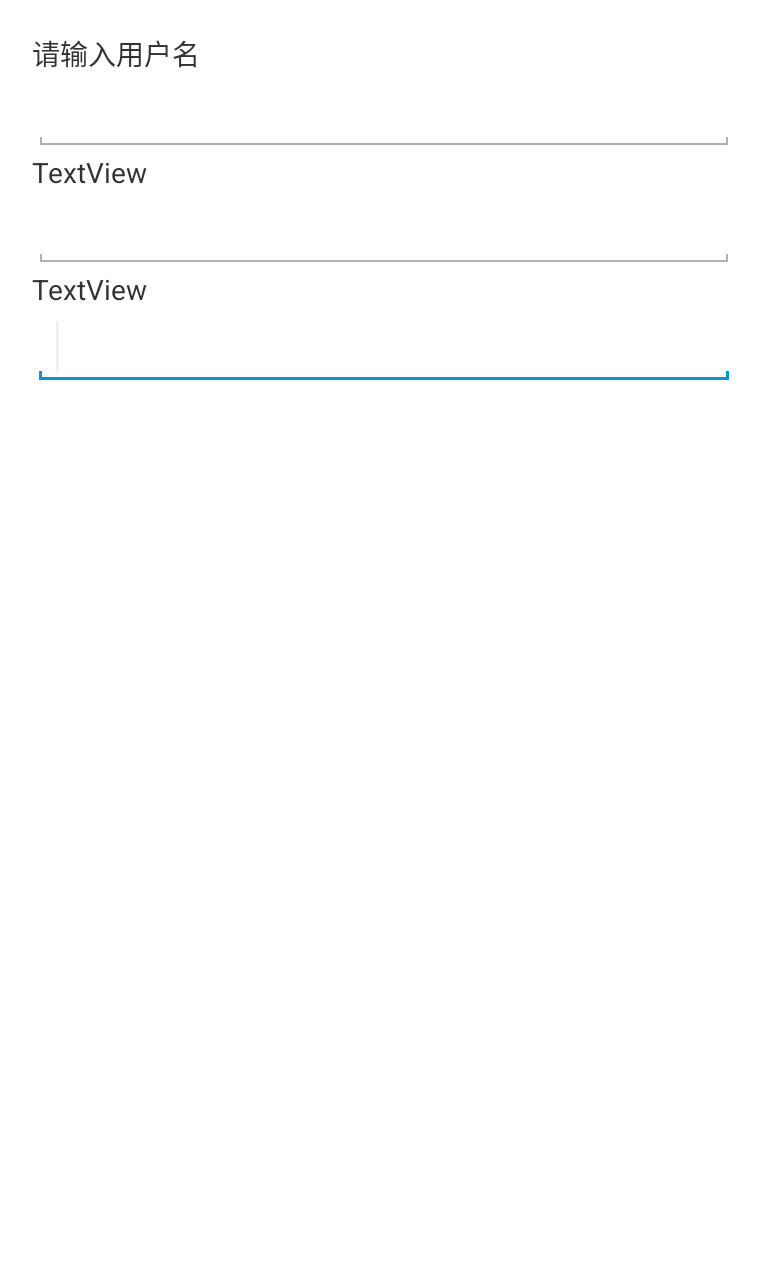
Repository: xuelang201201/Android
Layout: Android基础/偏好设置/res/layout/activity_main.xml
An editor plug-in stored every save of this project. The layout is shown before and after the next save, followed by the edit.
It is drawn on a 768 x 1280 px phone screen (xhdpi) without system bars, with theme AppTheme; the app's code is not run.

Above is the layout before, as saved 2016-02-17 10:31:42.

After the next save:
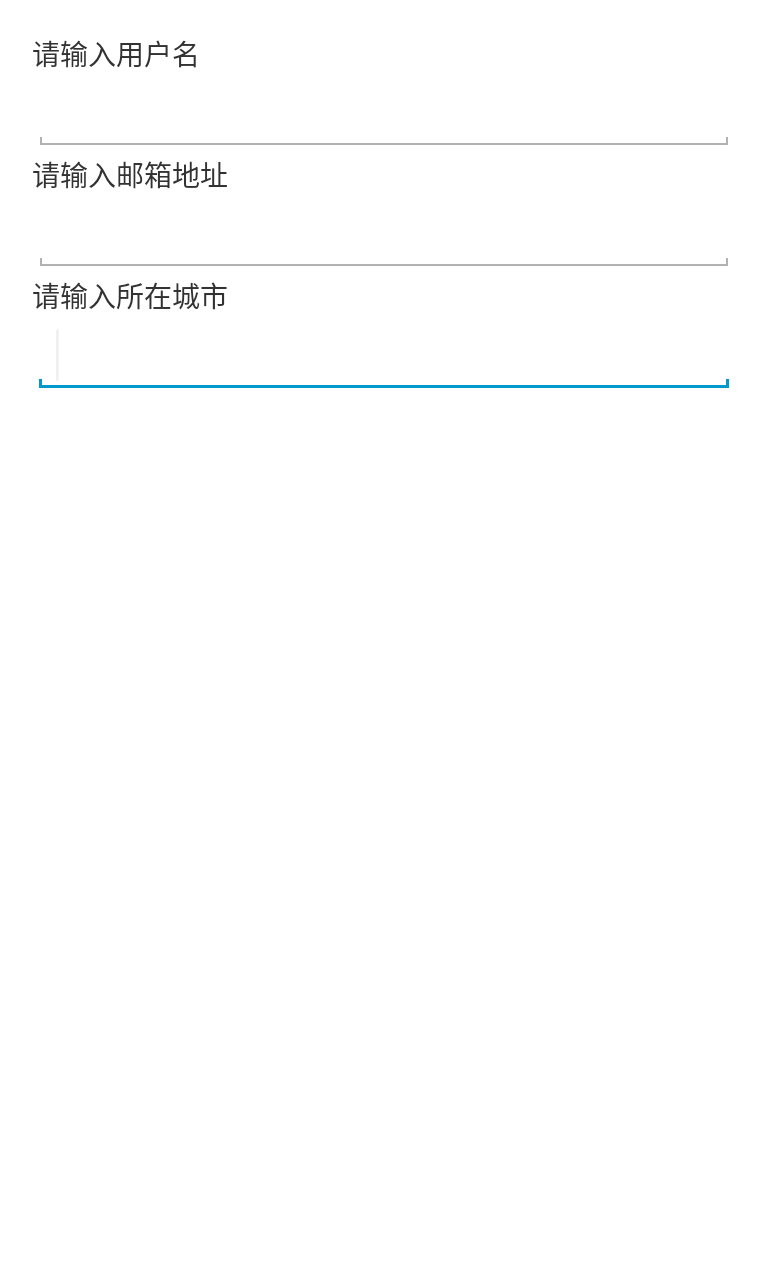
Saved 2 min 46 s later.
--- a/Android基础/偏好设置/res/layout/activity_main.xml
+++ b/Android基础/偏好设置/res/layout/activity_main.xml
@@ -9,7 +9,7 @@
     tools:context=".MainActivity" >
 
     <TextView
-        android:id="@+id/textView1"
+        android:id="@+id/tv_username"
         android:layout_width="wrap_content"
         android:layout_height="wrap_content"
         android:layout_alignParentLeft="true"
@@ -17,44 +17,44 @@
         android:text="请输入用户名" />
 
     <EditText
-        android:id="@+id/editText2"
+        android:id="@+id/et_email"
         android:layout_width="match_parent"
         android:layout_height="wrap_content"
         android:layout_alignParentLeft="true"
-        android:layout_below="@+id/textView2"
+        android:layout_below="@+id/tv_email"
         android:ems="10"
         android:inputType="textEmailAddress" />
 
     <TextView
-        android:id="@+id/textView2"
+        android:id="@+id/tv_email"
         android:layout_width="wrap_content"
         android:layout_height="wrap_content"
-        android:layout_alignLeft="@+id/editText1"
-        android:layout_below="@+id/editText1"
-        android:text="TextView" />
+        android:layout_alignLeft="@+id/et_username"
+        android:layout_below="@+id/et_username"
+        android:text="请输入邮箱地址" />
 
     <EditText
-        android:id="@+id/editText1"
+        android:id="@+id/et_username"
         android:layout_width="match_parent"
         android:layout_height="wrap_content"
-        android:layout_alignLeft="@+id/textView1"
-        android:layout_below="@+id/textView1"
+        android:layout_alignLeft="@+id/tv_username"
+        android:layout_below="@+id/tv_username"
         android:ems="10" />
 
     <TextView
-        android:id="@+id/textView3"
+        android:id="@+id/tv_city"
         android:layout_width="wrap_content"
         android:layout_height="wrap_content"
-        android:layout_alignLeft="@+id/editText2"
-        android:layout_below="@+id/editText2"
-        android:text="TextView" />
+        android:layout_alignLeft="@+id/et_email"
+        android:layout_below="@+id/et_email"
+        android:text="请输入所在城市" />
 
     <EditText
-        android:id="@+id/editText3"
+        android:id="@+id/et_city"
         android:layout_width="match_parent"
         android:layout_height="wrap_content"
-        android:layout_alignLeft="@+id/textView3"
-        android:layout_below="@+id/textView3"
+        android:layout_alignLeft="@+id/tv_city"
+        android:layout_below="@+id/tv_city"
         android:ems="10"
         android:inputType="textPostalAddress" >
 
